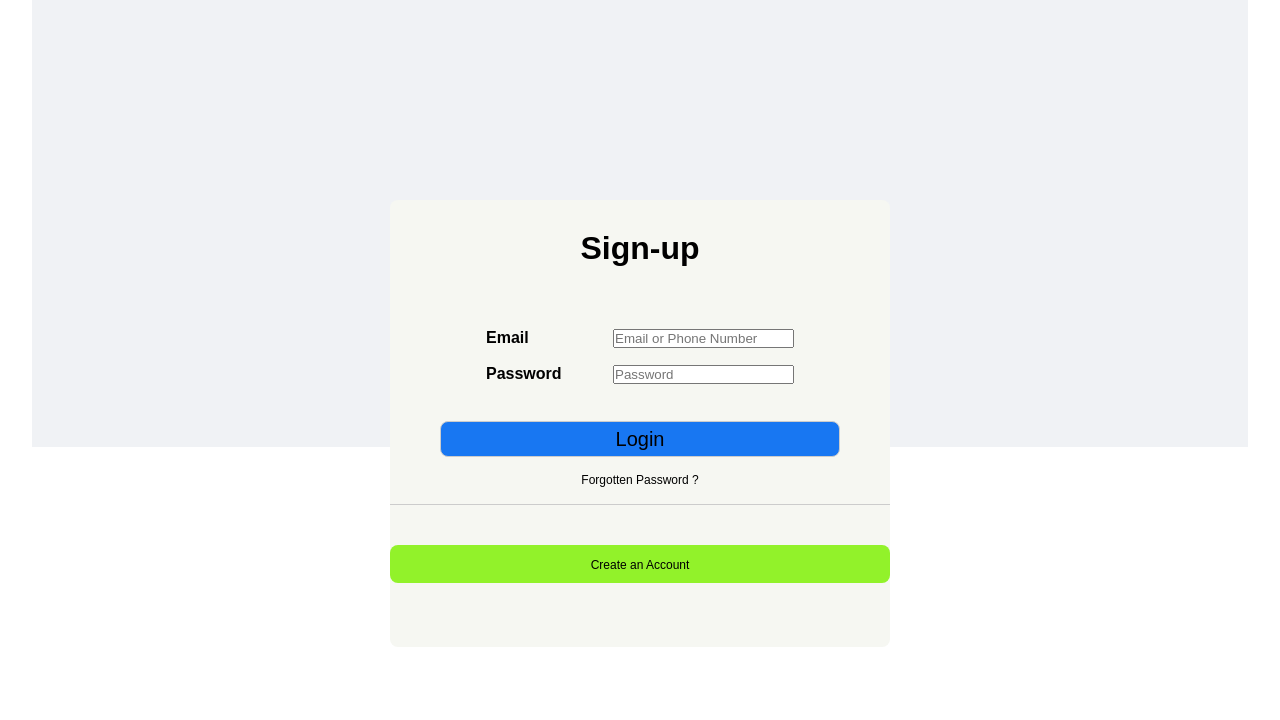
Repository: Naohonproject/web101x02_asm1
Page: Signup.html
An editor plug-in stored every save of this project. The page is shown before and after the next save, followed by the edit.
The browser window is 1280 px wide. The pictures show the whole page.

Above is the page before, as saved 2022-01-16 00:22:41.

After the next save:
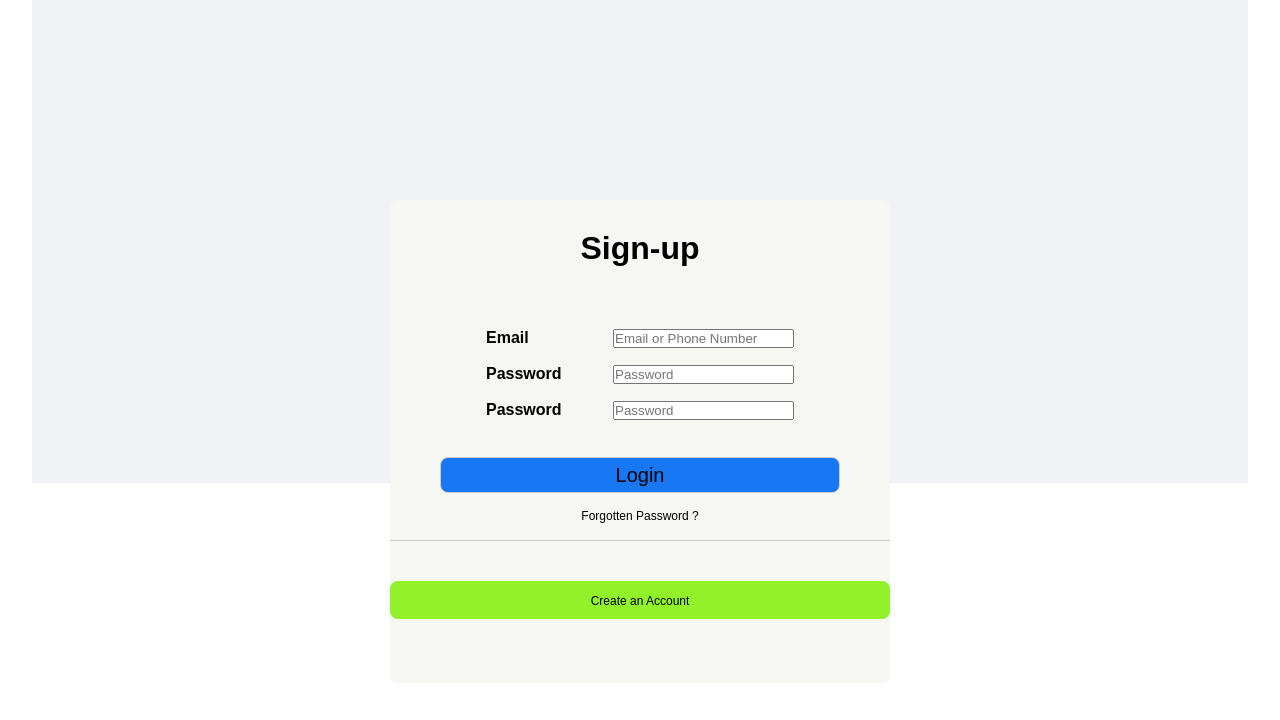
Saved 15 s later.
--- a/Signup.html
+++ b/Signup.html
@@ -39,6 +39,16 @@
 								placeholder="Password"
 							/>
 						</div>
+
+						<div class="user-input">
+							<label for="user-pass"><strong>Password</strong></label>
+							<input
+								type="text"
+								id="user-pass"
+								required
+								placeholder="Password"
+							/>
+						</div>
 						<div class="clear"></div>
 					</div>
 					<div class="btn-block">
